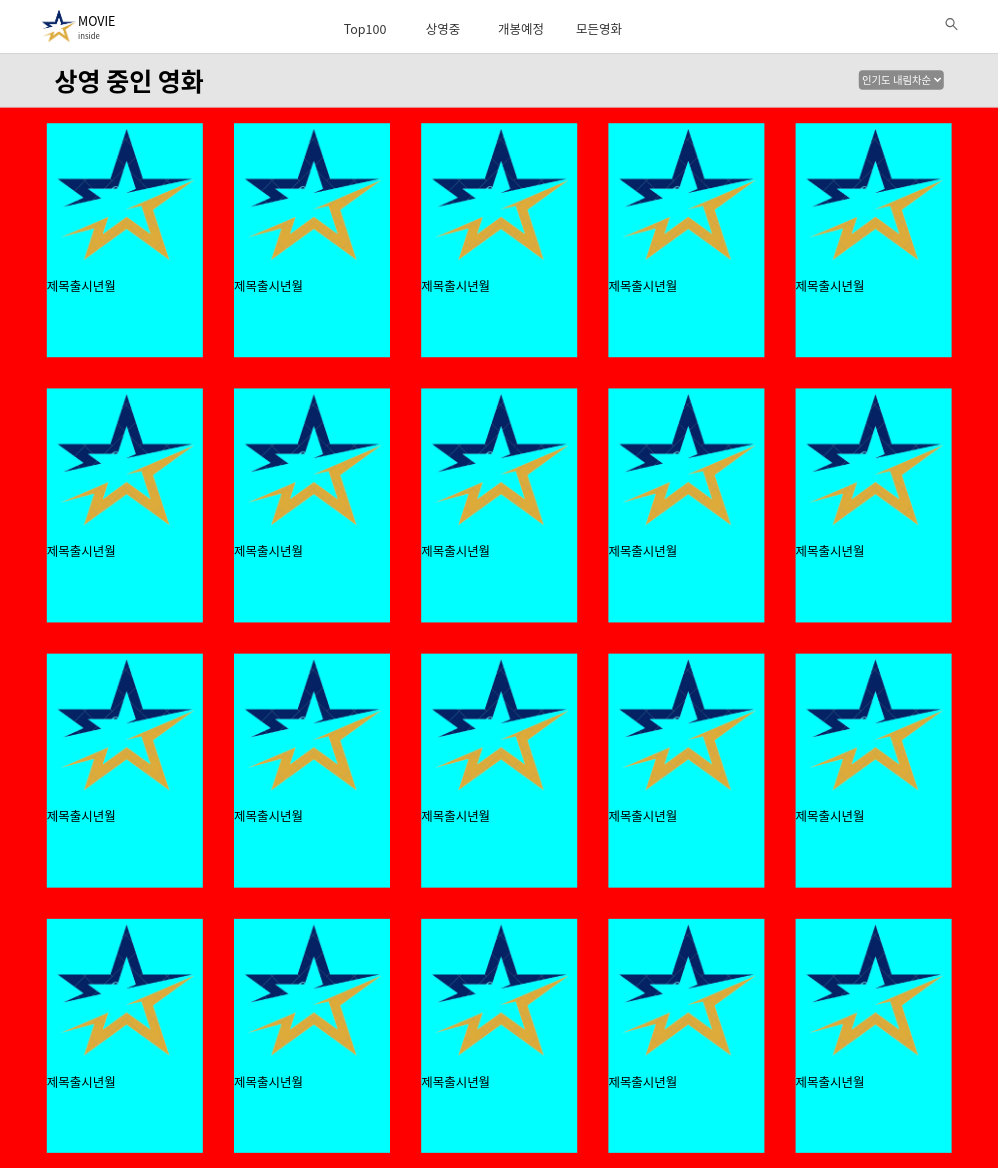
Repository: yangddoddi/Movie-Inside
Page: /list
An editor plug-in stored every save of this project. The page is shown before and after the next save, followed by the edit.
The browser window is 1280 px wide. The pictures show the whole page, at 78% of full size.
The project was rebuilt for these pictures with package versions that can differ from the ones it lists, and the page was loaded fresh each time. Also part of the build but not shown: src/App.css, src/components/Main/Jumbotron.module.scss, src/components/Main/Jumbotron.js, src/routes/Main.js, src/routes/Detail.js.

Above is the page before, as saved 2022-05-03 20:16:58.

### public/index.html
<!DOCTYPE html>
<html lang="en">

<head>
  <meta charset="utf-8" />
  <link rel="icon" href="./image/logo.png" />
  <meta name="viewport" content="width=device-width, initial-scale=1" />
  <meta name="theme-color" content="#000000" />
  <meta name="description" content="Web site created using create-react-app" />
  <link rel="apple-touch-icon" href="%PUBLIC_URL%/logo192.png" />
  <!--
      manifest.json provides metadata used when your web app is installed on a
      user's mobile device or desktop. See https://developers.google.com/web/fundamentals/web-app-manifest/
    -->
  <link rel="manifest" href="%PUBLIC_URL%/manifest.json" />
  <!--
      Notice the use of %PUBLIC_URL% in the tags above.
      It will be replaced with the URL of the `public` folder during the build.
      Only files inside the `public` folder can be referenced from the HTML.

      Unlike "/favicon.ico" or "favicon.ico", "%PUBLIC_URL%/favicon.ico" will
      work correctly both with client-side routing and a non-root public URL.
      Learn how to configure a non-root public URL by running `npm run build`.
    -->
  <title>Movie Inside</title>
</head>

<body>
  <noscript>You need to enable JavaScript to run this app.</noscript>
  <div id="root"></div>
  <!--
      This HTML file is a template.
      If you open it directly in the browser, you will see an empty page.

      You can add webfonts, meta tags, or analytics to this file.
      The build step will place the bundled scripts into the <body> tag.

      To begin the development, run `npm start` or `yarn start`.
      To create a production bundle, use `npm run build` or `yarn build`.
    -->
</body>

</html>

### src/App.js
import "./App.css";
import { RouteJS } from "./components/Routes";
import "./scss/main.scss";
import { Nav } from "./components/Nav";

function App() {
  return (
    <>
      <Nav />
      <RouteJS />
    </>
  );
}

export default App;

### src/components/Routes.js
import { Route, BrowserRouter, Routes } from "react-router-dom";
import { Main } from "../routes/Main";
import { Detail } from "../routes/Detail";
import { List } from "../routes/List";

export const RouteJS = () => {
  return (
    <Routes>
      <Route path="/" element={<Main />} />
      <Route path="/detail" element={<Detail />} />
      <Route path="/list" element={<List />} />
    </Routes>
  );
};

### src/scss/main.scss
@font-face {
    font-family: 'Noto Sans CJK KR';
    font-style: normal;
    font-weight: light;
    src: url('../fontStyle/NotoSansKR-Light.otf') format('otf');
}

@font-face {
    font-family: 'Noto Sans CJK KR';
    font-style: normal;
    font-weight: normal;
    src: url('../fontStyle/NotoSansKR-Regular.otf') format('otf');
}

@font-face {
    font-family: 'Noto Sans CJK KR';
    font-style: normal;
    font-weight: semi-bold;
    src: url('../fontStyle/NotoSansKR-Medium.otf') format('otf');
}
@font-face {
    font-family: 'Noto Sans CJK KR';
    font-style: normal;
    font-weight: bold;
    src: url('../fontStyle/NotoSansKR-Bold.otf') format('otf');
}

* {
    box-sizing: border-box;
    font-family: 'Noto Sans CJK KR';
    margin: 0px;
    -webkit-font-smoothing: antialiased;
    // -ms-overflow-style: none; /* IE and Edge */
    // scrollbar-width: none; /* Firefox */


 &::-webkit-scrollbar {
    width: 8px;
    height: 8px;
}
 &::-webkit-scrollbar-thumb {
     background-color: rgba(0,0,0,0.2);
     border-radius: 15px;
 }
}

body {
    height: 100%;
}

html {
    height: 100%;
}

### src/components/Nav.js
import React from "react";
import logo from "../image/logo.png";
import styles from "./Nav.module.scss";
import { AiOutlineSearch } from "react-icons/ai";

export const Nav = () => {
  return (
    <nav className={styles.nav}>
      <div className={styles.navContainer}>
        <div className={styles.leftContainer}>
          <img className={styles.logo} src={logo}></img>
          <div className={styles.logoContainer}>
            <span>MOVIE</span>
            <span>inside</span>
          </div>
        </div>
        <ul className={styles.navItems}>
          <li className={styles.navItem}>Top100</li>
          <li className={styles.navItem}>상영중</li>
          <li className={styles.navItem}>개봉예정</li>
          <li className={styles.navItem}>모든영화</li>
        </ul>
        <form className={styles.navForm}>
          <input type={"text"} id="searchInput" />
          <label htmlFor="searchInput">
            <AiOutlineSearch className={styles.searchIcon} />
          </label>
        </form>
      </div>
    </nav>
  );
};

### src/routes/List.js
import React from "react";
import { ListHeader } from "../components/List/ListHeader";
import { ListItems } from "../components/List/ListItems";

export const List = () => {
  return (
    <>
      <ListHeader />
      <ListItems />
    </>
  );
};

### src/components/Nav.module.scss


.nav {
    background-color: rgba(255,255,255,1);
    width: 100%;
    height: 8%;
    padding: 10px 50px 10px 50px;
    display: flex;
    justify-content: center;
}

.navContainer {
    display: flex;
    align-items: center;
    justify-content: space-between;
    width: 100%;
    max-width: 1200px;
}

.logo {
    width: 50px;
}

.logoContainer {
    display: flex;
    flex-direction: column;
    justify-content: flex-end;
    user-select: none;

    span:nth-child(2) {
        font-size: 10px;
        color:rgba(0,0,0,0.8);
    }
}

.leftContainer {
    display: flex;
    align-items: center;
}

.navItems {
    display: flex;
    list-style: none;
    color: rgba(0,0,0,0.8);
    font-size: 16px;
    margin: 0px;
}


.navItem {
    margin: 0px 20px 0px 20px;
    cursor: pointer;
    width: 60px;
    height: 20px;
    text-align: center;

    &:hover {
        border: 1px solid rgba(0,0,0,0.5);
        border-radius: 5%;
        transform: scale(1.1);
        transition: 300ms ease-in transform;
    }
}

.navForm {
        position:relative;
        display: flex;
        align-items: center;

    input {
        margin-left: 30px;
        border-radius: 5%;
        height: 25px;
        border: none;
        color: rgba(0,0,0,0.8);
        background-color: transparent;
    }

    input:focus {
        outline: none;
        border-bottom: rgba(122,122,122,1) solid 1px;
    }

    label {
        position: absolute;
        right: 0px;
        height: 25px;
        border-left: none;
    }

    svg {
        font-size: 20px;
        color: rgba(0,0,0,0.6);
    }
}

### src/components/List/ListHeader.js
import React from "react";
import styles from "./ListHeader.module.scss";

export const ListHeader = () => {
  return (
    <header className={styles.listHeader}>
      <div className={styles.container}>
        <h1> 상영 중인 영화 </h1>
        <select>
          <option>인기도 내림차순</option>
          <option>인기도 오름차순</option>
          <option>개봉일 내림차순</option>
          <option>개봉일 오름차순</option>
        </select>
      </div>
    </header>
  );
};

### src/components/List/ListItems.js
import React from "react";
import styles from "./ListItems.module.scss";
import img from "../../image/logo.png";

export const ListItems = () => {
  return (
    <div className={styles.List}>
      <div className={styles.ListContainer}>
        <article className={styles.card}>
          <img src={img} />
          <span>제목</span>
          <span>출시년월</span>
        </article>
        <article className={styles.card}>
          <img src={img} />
          <span>제목</span>
          <span>출시년월</span>
        </article>
        <article className={styles.card}>
          <img src={img} />
          <span>제목</span>
          <span>출시년월</span>
        </article>
        <article className={styles.card}>
          <img src={img} />
          <span>제목</span>
          <span>출시년월</span>
        </article>
        <article className={styles.card}>
          <img src={img} />
          <span>제목</span>
          <span>출시년월</span>
        </article>
        <article className={styles.card}>
          <img src={img} />
          <span>제목</span>
          <span>출시년월</span>
        </article>
        <article className={styles.card}>
          <img src={img} />
          <span>제목</span>
          <span>출시년월</span>
        </article>
        <article className={styles.card}>
          <img src={img} />
          <span>제목</span>
          <span>출시년월</span>
        </article>
        <article className={styles.card}>
          <img src={img} />
          <span>제목</span>
          <span>출시년월</span>
        </article>
        <article className={styles.card}>
          <img src={img} />
          <span>제목</span>
          <span>출시년월</span>
        </article>
        <article className={styles.card}>
          <img src={img} />
          <span>제목</span>
          <span>출시년월</span>
        </article>
        <article className={styles.card}>
          <img src={img} />
          <span>제목</span>
          <span>출시년월</span>
        </article>
        <article className={styles.card}>
          <img src={img} />
          <span>제목</span>
          <span>출시년월</span>
        </article>
        <article className={styles.card}>
          <img src={img} />
          <span>제목</span>
          <span>출시년월</span>
        </article>
        <article className={styles.card}>
          <img src={img} />
          <span>제목</span>
          <span>출시년월</span>
        </article>
        <article className={styles.card}>
          <img src={img} />
          <span>제목</span>
          <span>출시년월</span>
        </article>
        <article className={styles.card}>
          <img src={img} />
          <span>제목</span>
          <span>출시년월</span>
        </article>
        <article className={styles.card}>
          <img src={img} />
          <span>제목</span>
          <span>출시년월</span>
        </article>
        <article className={styles.card}>
          <img src={img} />
          <span>제목</span>
          <span>출시년월</span>
        </article>
        <article className={styles.card}>
          <img src={img} />
          <span>제목</span>
          <span>출시년월</span>
        </article>
      </div>
    </div>
  );
};

### src/components/List/ListHeader.module.scss

.listHeader {
    display: flex;
    border-top: 1px solid rgba(0,0,0,0.1);
    border-bottom: 1px solid rgba(0,0,0,0.1);
    height: 70px;
    background-color: rgba(0,0,0,0.1);
    justify-content: center;
    align-items: center;
}

.container {
    width: 100%;
    max-width: 1200px;
    display: flex;
    justify-content: space-between;
    align-items: center;

    padding: 30px;

    h1 {
        font-weight: bold;
    }

    select {
        height: 25px;
        color: rgba(255,255,255,1);
        border-radius: 5px;
        border: none;
        background-color: rgba(0,0,0,0.4);

    }
}

### src/components/List/ListItems.module.scss


.List {
    width: 100%;
    height: auto;
    background-color: red;
    display: flex;
    justify-content: center;

}

.ListContainer {
    max-width: 1200px;
    width: 1200px;
    display: flex;
    flex-wrap: wrap;
    justify-content: center;
}

.card {
    width: 200px;
    height: 300px;
    background-color: aqua;
    margin: 20px;

    img {
        width: 100%;
    }
}

Loaded but not shown: src/index.js (common file); src/index.css (common file); src/reportWebVitals.js (common file)

After the next save:
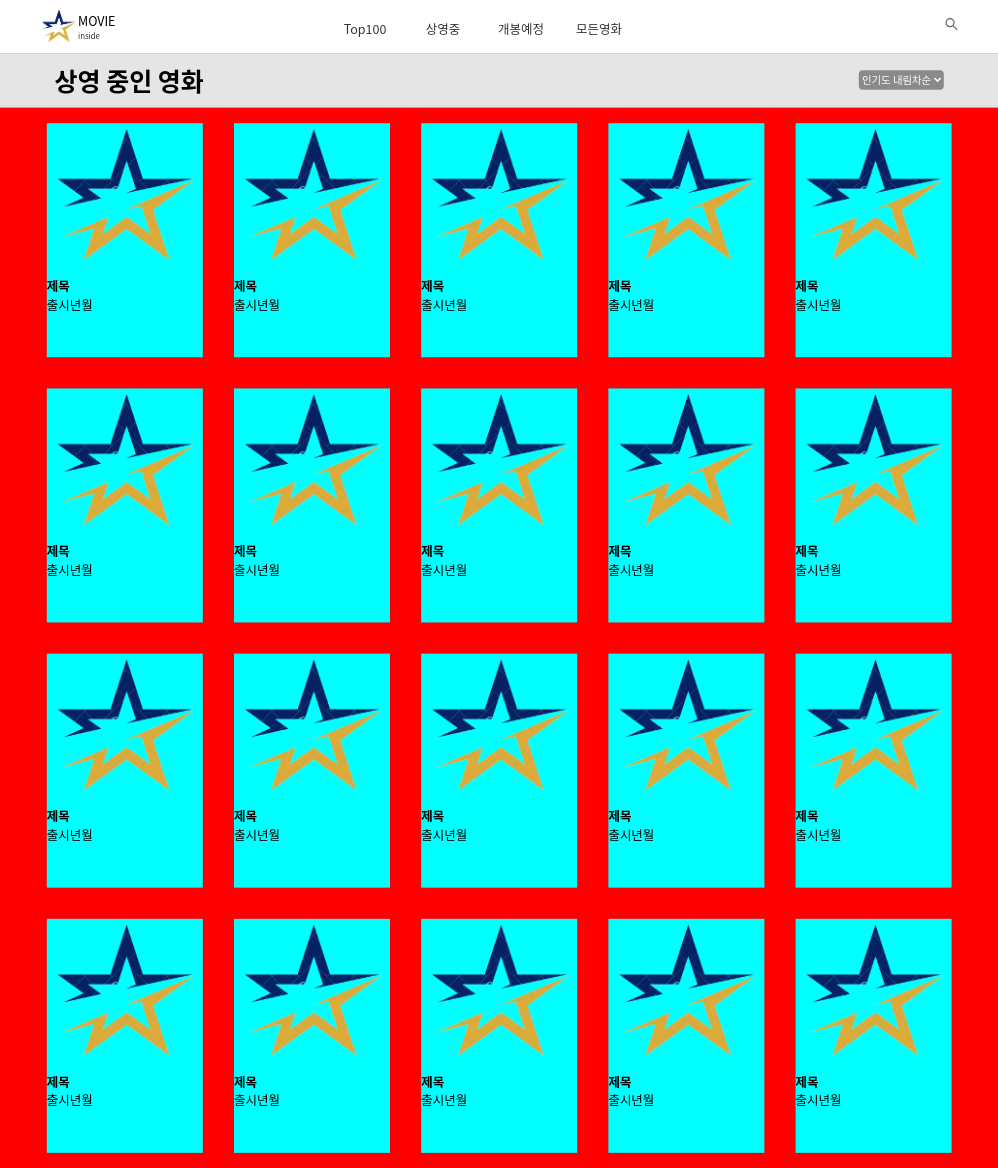
Saved 25 s later.
--- a/src/components/List/ListItems.js
+++ b/src/components/List/ListItems.js
@@ -8,102 +8,102 @@ export const ListItems = () => {
       <div className={styles.ListContainer}>
         <article className={styles.card}>
           <img src={img} />
-          <span>제목</span>
+          <h4>제목</h4>
           <span>출시년월</span>
         </article>
         <article className={styles.card}>
           <img src={img} />
-          <span>제목</span>
+          <h4>제목</h4>
           <span>출시년월</span>
         </article>
         <article className={styles.card}>
           <img src={img} />
-          <span>제목</span>
+          <h4>제목</h4>
           <span>출시년월</span>
         </article>
         <article className={styles.card}>
           <img src={img} />
-          <span>제목</span>
+          <h4>제목</h4>
           <span>출시년월</span>
         </article>
         <article className={styles.card}>
           <img src={img} />
-          <span>제목</span>
+          <h4>제목</h4>
           <span>출시년월</span>
         </article>
         <article className={styles.card}>
           <img src={img} />
-          <span>제목</span>
+          <h4>제목</h4>
           <span>출시년월</span>
         </article>
         <article className={styles.card}>
           <img src={img} />
-          <span>제목</span>
+          <h4>제목</h4>
           <span>출시년월</span>
         </article>
         <article className={styles.card}>
           <img src={img} />
-          <span>제목</span>
+          <h4>제목</h4>
           <span>출시년월</span>
         </article>
         <article className={styles.card}>
           <img src={img} />
-          <span>제목</span>
+          <h4>제목</h4>
           <span>출시년월</span>
         </article>
         <article className={styles.card}>
           <img src={img} />
-          <span>제목</span>
+          <h4>제목</h4>
           <span>출시년월</span>
         </article>
         <article className={styles.card}>
           <img src={img} />
-          <span>제목</span>
+          <h4>제목</h4>
           <span>출시년월</span>
         </article>
         <article className={styles.card}>
           <img src={img} />
-          <span>제목</span>
+          <h4>제목</h4>
           <span>출시년월</span>
         </article>
         <article className={styles.card}>
           <img src={img} />
-          <span>제목</span>
+          <h4>제목</h4>
           <span>출시년월</span>
         </article>
         <article className={styles.card}>
           <img src={img} />
-          <span>제목</span>
+          <h4>제목</h4>
           <span>출시년월</span>
         </article>
         <article className={styles.card}>
           <img src={img} />
-          <span>제목</span>
+          <h4>제목</h4>
           <span>출시년월</span>
         </article>
         <article className={styles.card}>
           <img src={img} />
-          <span>제목</span>
+          <h4>제목</h4>
           <span>출시년월</span>
         </article>
         <article className={styles.card}>
           <img src={img} />
-          <span>제목</span>
+          <h4>제목</h4>
           <span>출시년월</span>
         </article>
         <article className={styles.card}>
           <img src={img} />
-          <span>제목</span>
+          <h4>제목</h4>
           <span>출시년월</span>
         </article>
         <article className={styles.card}>
           <img src={img} />
-          <span>제목</span>
+          <h4>제목</h4>
           <span>출시년월</span>
         </article>
         <article className={styles.card}>
           <img src={img} />
-          <span>제목</span>
+          <h4>제목</h4>
           <span>출시년월</span>
         </article>
       </div>
